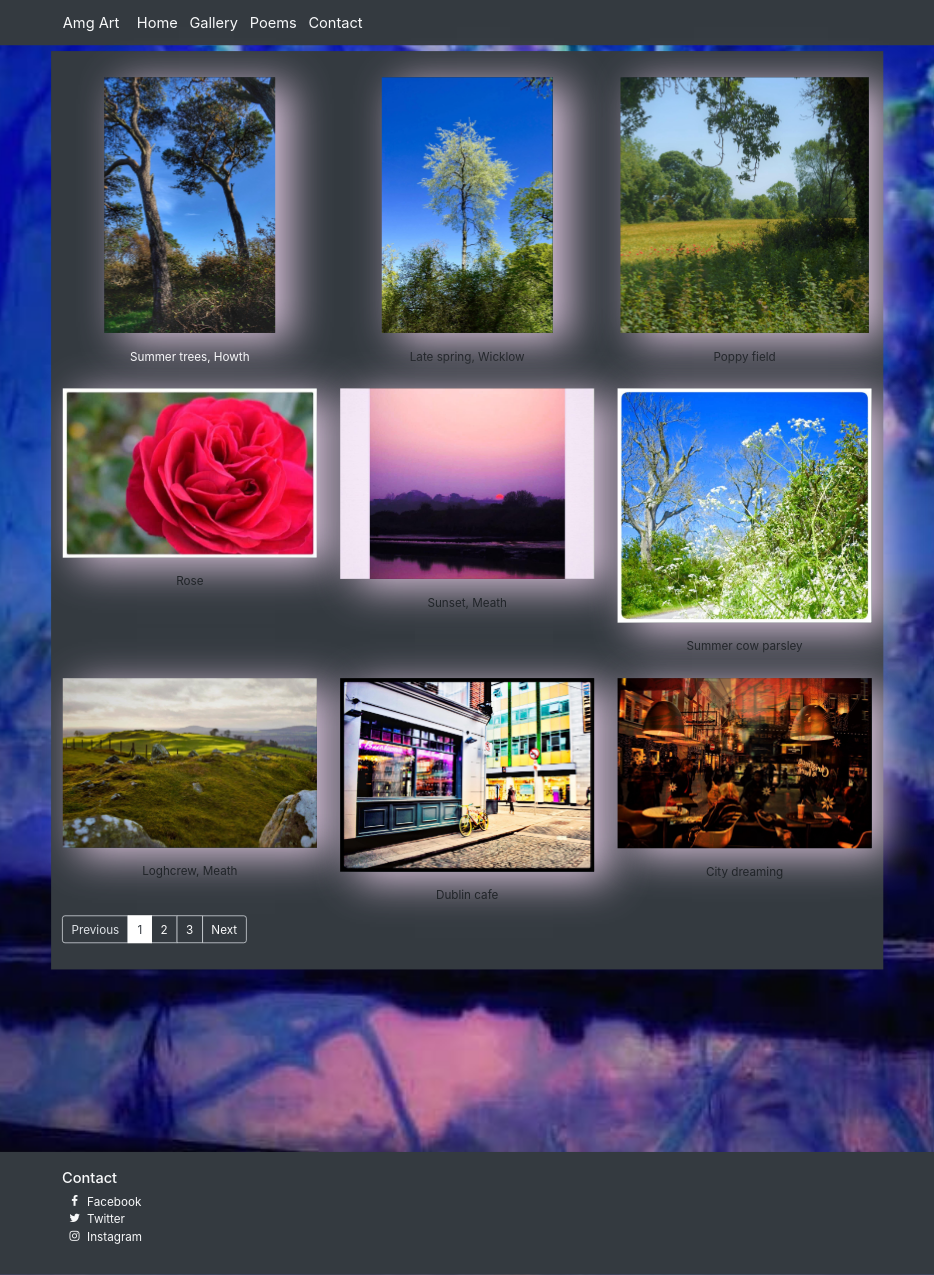
Repository: AllenGleeson/AmgArtGallery
Page: gallery1.html
The author's editor kept a record of every edit. The page is drawn from the files as they stood at one moment, then again after the next edit.
The browser window is 1280 px wide. The pictures show the whole page, at 73% of full size.

Above is the page before.

After the next edit:
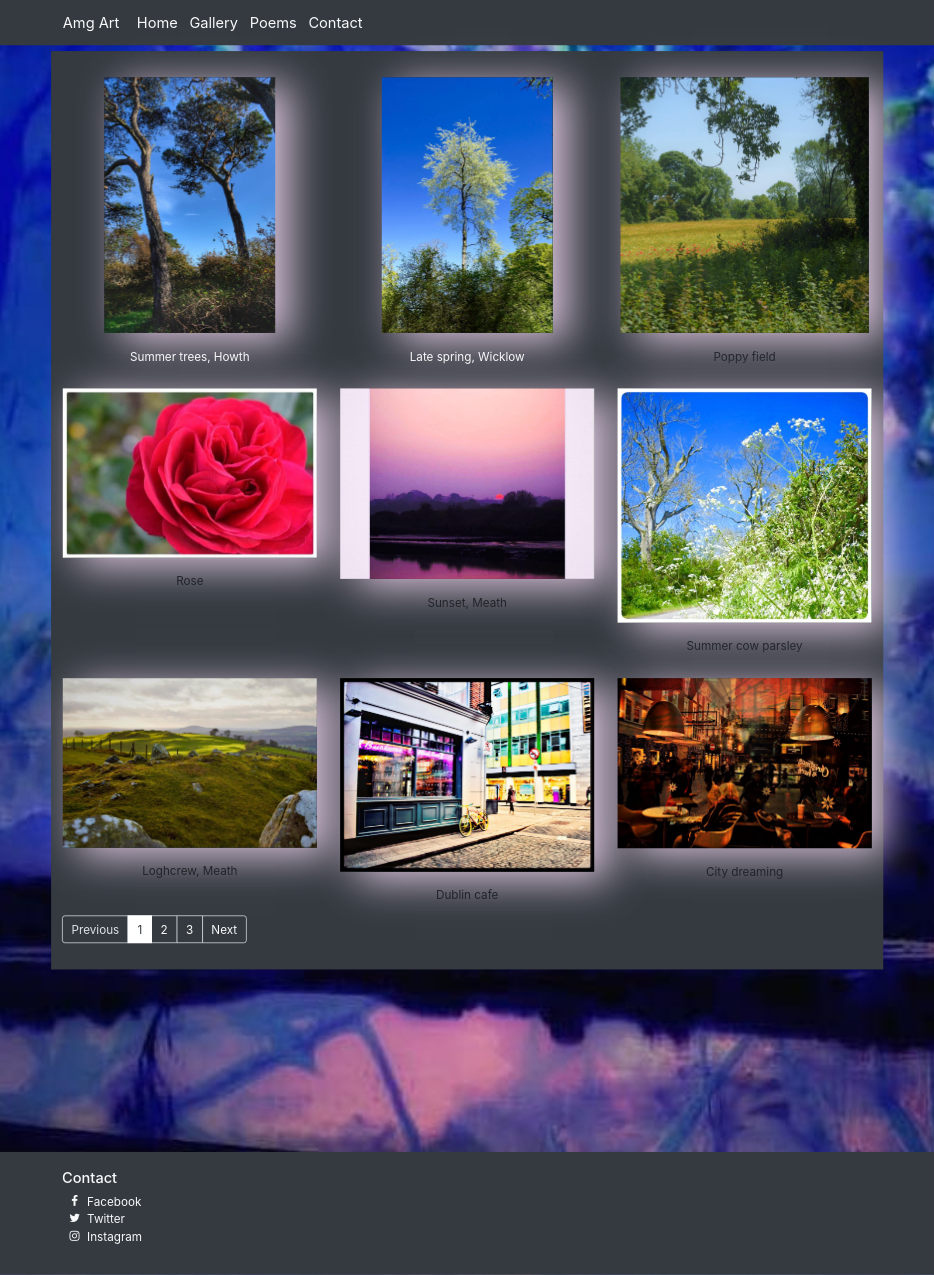
The edit:
--- a/gallery1.html
+++ b/gallery1.html
@@ -37,7 +37,7 @@
             </div>
             <div class="col-sm-4 p-3 text-center" data-toggle="modal" data-target="#image-02">
                 <img src="assets/images/latespringwicklow.jpg" class="galleryImage"></img>
-                <div class="text-center">Late spring, Wicklow</div>
+                <div class="text-center text-light">Late spring, Wicklow</div>
             </div>
             <div class="col-sm-4 p-3 text-center" data-toggle="modal" data-target="#image-03">
                 <img src="assets/images/poppyfield.jpg" class="galleryImage"></img>
